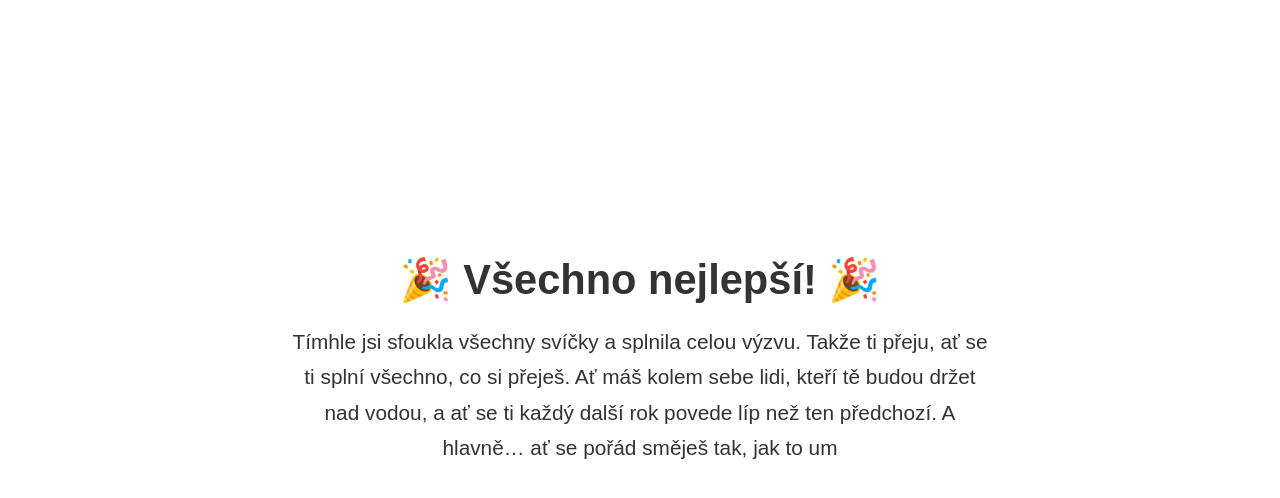
Repository: DanielMicka/darek
Page: html/pranicko.html
These files come from the project's save history. The page is drawn as it stood at one moment and after the next save; the edit follows.
The browser window is 1280 px wide. The pictures show the whole page.

Above is the page before, as saved 2026-06-13 20:33:50.

### html/pranicko.html
<!DOCTYPE html>
<html lang="cs">
<head>
    <meta charset="UTF-8">
    <title>Přáníčko 🎁</title>
    <link rel="stylesheet" href="styles.css">

    <style>
        .wish-text {
            font-size: 1.3rem;
            line-height: 1.7;
            margin-top: 20px;
        }

        .wish-img {
            width: 260px;
            margin-top: 25px;
            border-radius: 12px;
        }
    </style>
</head>
<body>

<div class="container fade">

    <h1>🎉 Všechno nejlepší! 🎉</h1>

    <p class="wish-text">
        Tímhle jsi sfoukla všechny svíčky a splnila celou výzvu.
        Takže ti přeju, ať se ti splní všechno, co si přeješ.
        Ať máš kolem sebe lidi, kteří tě budou držet nad vodou,
        a ať se ti každý další rok povede líp než ten předchozí.
        A hlavně… ať se pořád směješ tak, jak to um

### html/styles.css
/* Reset */
* {
    margin: 0;
    padding: 0;
    box-sizing: border-box;
}

body {
    font-family: "Poppins", sans-serif;
    background: white;
    color: #333;
    display: flex;
    justify-content: center;
    align-items: center;
    min-height: 100vh; /* vždy na střed */
    text-align: center;
    padding: 20px;
}

/* Kontejner pro obsah */
.container {
    max-width: 700px;
    width: 100%;
}

/* Obrázky */
img {
    max-width: 100%;
    height: auto;
}

/* Tlačítko */
.btn {
    margin-top: 35px;
    padding: 15px 35px;
    font-size: 1.2rem;
    border: none;
    border-radius: 30px;
    background: #4aa3ff;
    color: white;
    cursor: pointer;
    transition: 0.3s;
}

.btn:hover {
    background: #1f8bff;
    transform: scale(1.05);
}

/* Nadpisy */
h1 {
    font-size: 2.6rem;
    margin-bottom: 15px;
}

h2 {
    font-size: 2rem;
    margin-bottom: 15px;
}

/* Animace */
@keyframes fadeIn {
    from { opacity: 0; transform: translateY(20px); }
    to   { opacity: 1; transform: translateY(0); }
}

.fade {
    animation: fadeIn 1.2s ease;
}
.cake-wrapper {
    position: relative;
    display: inline-block;
}

.cake {
    width: 350px;
}

/* Všechny svíčky */
.candle {
    position: absolute;
    width: 80px; /* upravíš podle obrázku */
    cursor: pointer;
}
/* Svíčka 1 */
.c1 {
    top: 1%;
    left: 18%;
}

/* Svíčka 2 */
.c2 {
    top: 0%;
    left: 40%;
}

/* Svíčka 3 */
.c3 {
    top: 0.1%;
    left: 58%;
}

/* Svíčka 4 */
.c4 {
    top: 6%;
    left: 30%;
}

/* Svíčka 5 */
.c5 {
    top: 6%;
    left: 50%;
}

After the next save:
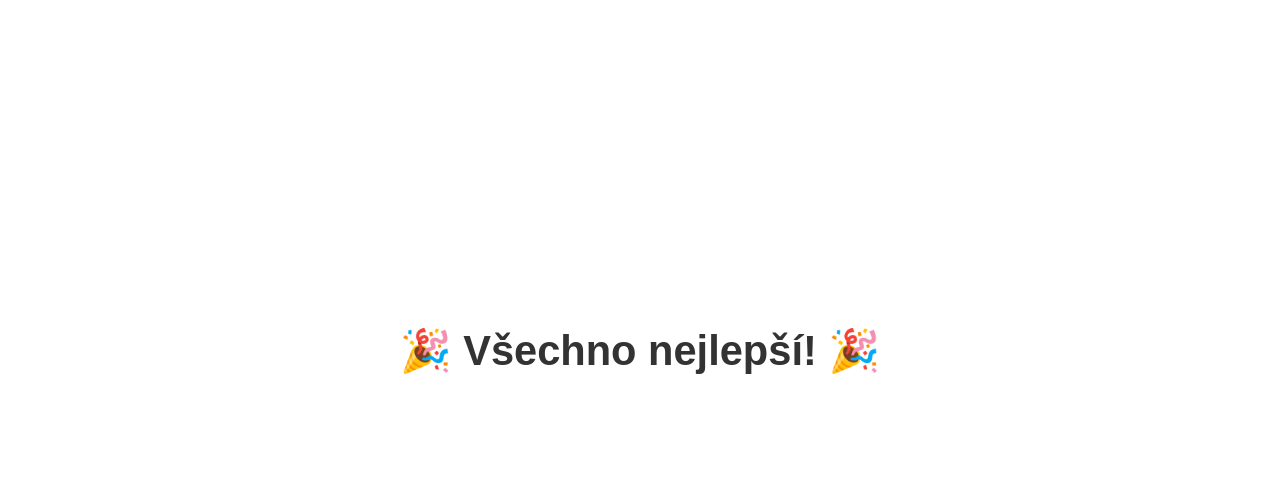
Saved 25 s later.
--- a/html/pranicko.html
+++ b/html/pranicko.html
@@ -26,8 +26,3 @@
     <h1>🎉 Všechno nejlepší! 🎉</h1>
 
     <p class="wish-text">
-        Tímhle jsi sfoukla všechny svíčky a splnila celou výzvu.
-        Takže ti přeju, ať se ti splní všechno, co si přeješ.
-        Ať máš kolem sebe lidi, kteří tě budou držet nad vodou,
-        a ať se ti každý další rok povede líp než ten předchozí.
-        A hlavně… ať se pořád směješ tak, jak to um
